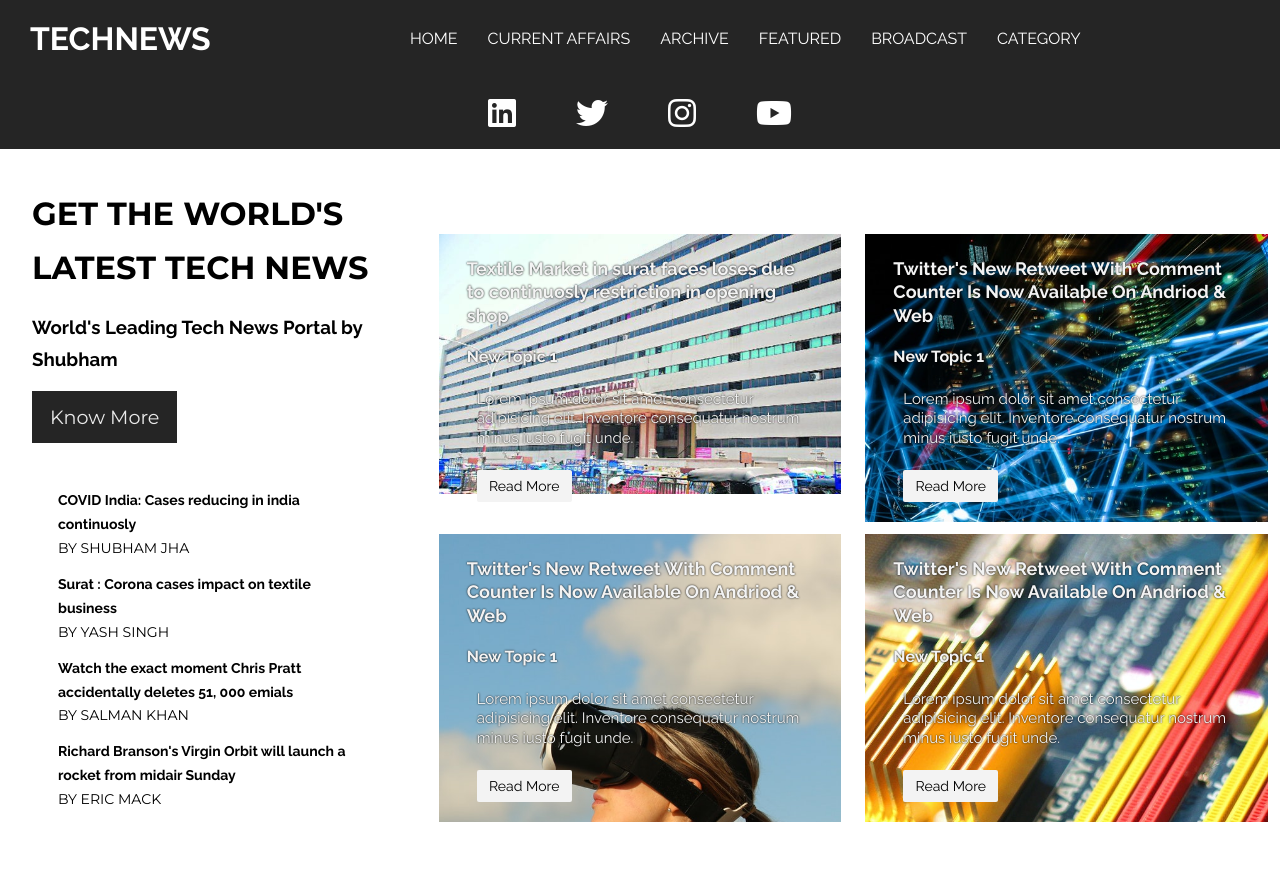
Repository: shubham71099/technews
Page: index.html
An editor plug-in stored every save of this project. The page is shown before and after the next save, followed by the edit.
The browser window is 1280 px wide. The pictures show the part of the page from y = 0 to 870 px (the page is 2210 px tall).
A picture or video elsewhere on the page could not be fetched, so the positions and the page height are approximate. Some web libraries are served in a nearby version.

Above is the page before, as saved 2021-06-02 21:24:50.

After the next save:
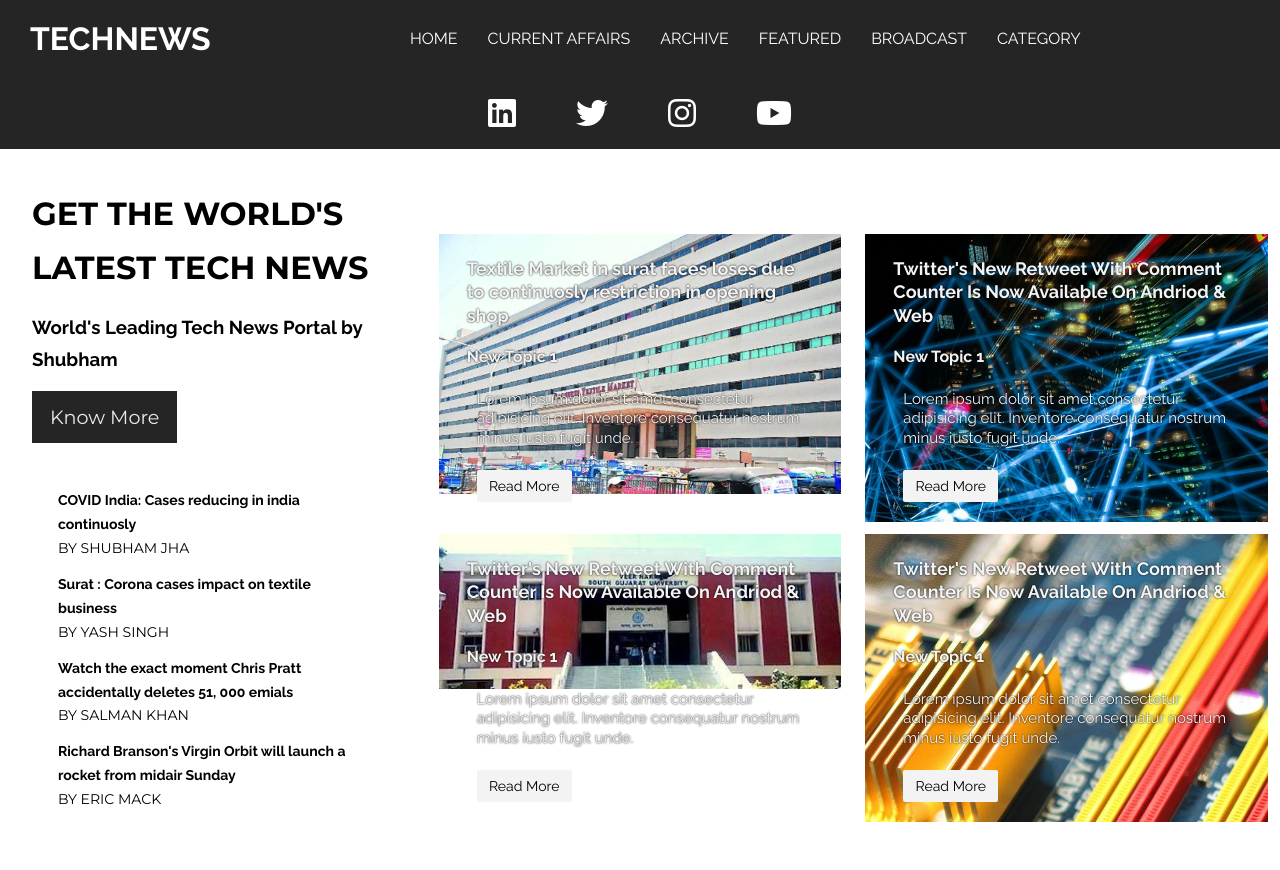
Saved 3 min 10 s later.
--- a/index.html
+++ b/index.html
@@ -153,7 +153,7 @@
         </div>
 
         <div class="hot-topic">
-          <img src="images/banner-news-3.jpg" alt="" />
+          <img src="images/vnsgu.jpg" alt="" />
 
           <div class="hot-topic-content">
             <h2>
